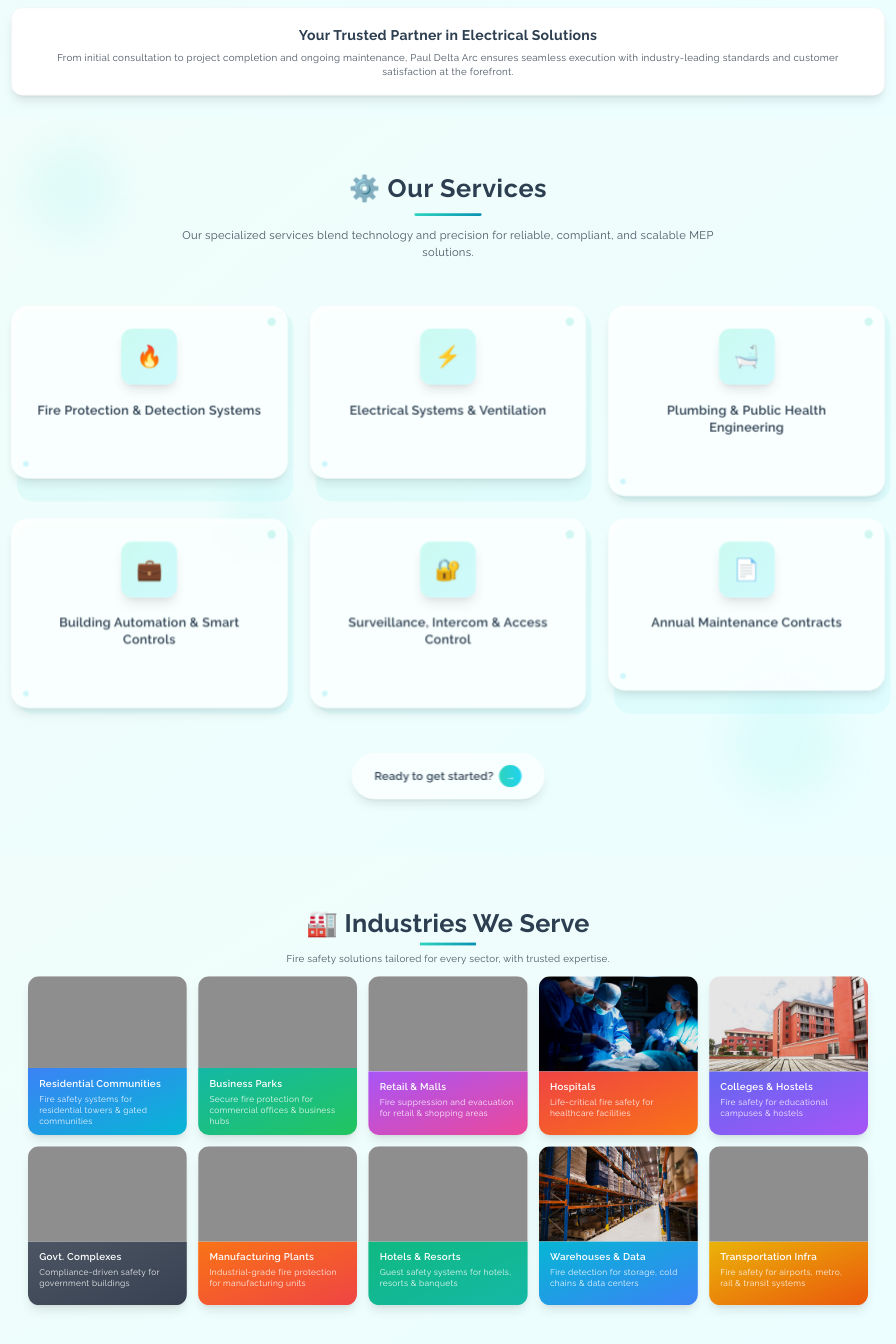
Repository: AnupriyaBiswas/PaulDeltaArc
Page: /
These files come from the project's save history. The page is drawn as it stood at one moment and after the next save; the edit follows.
The browser window is 1280 px wide. The pictures show the part of the page from y = 3451 to 5371 px (the page is 7019 px tall before and 6686 px after), at 70% of full size.
Pictures or frames that could not be fetched are drawn as grey boxes. The project was rebuilt for these pictures with package versions that can differ from the ones it lists, and the page was loaded fresh each time. The framework's server and built-in components were replaced by stand-ins that run in the browser. Also part of the build but not shown: next.config.js.

Above is the page before, as saved 2025-07-10 19:56:45.

### styles/globals.css
@tailwind base;
@tailwind components;
@tailwind utilities;


@import url('https://fonts.googleapis.com/css2?family=Raleway:wght@100;200;300;400;500;600;700;800;900&display=swap');

html {
  scroll-behavior: smooth;
  font-family: 'Raleway', sans-serif;
  overflow-x: hidden;
  max-width: 100vw;
}



@layer base {
  body {
    @apply bg-[#ecf0f3] text-[#1f2937] tracking-wide;
    overflow-x: hidden;
    max-width: 100vw;
  }

  }

  h1, h2, h3, h4, h5, h6 {
    @apply font-bold
  }

  h1 {
    @apply text-4xl sm:text-5xl md:text-6xl font-[Raleway]
  }

  h2 {
    @apply text-3xl sm:text-4xl
  }

  li {
    @apply cursor-pointer
  }

  button {
    @apply shadow-xl shadow-gray-400 rounded-xl uppercase bg-gradient-to-r from-[#5651e5] to-[#709dff] text-white
  }

### components/CoreValues.jsx
import React from 'react';

const CoreValues = () => {
  const coreValues = [
    {
      icon: "🏆",
      value: "Excellence",
      description: "Every installation, every circuit, every pipe—done right the first time."
    },
    {
      icon: "🤝",
      value: "Integrity",
      description: "Full transparency in designs, billing, and material sourcing."
    },
    {
      icon: "✅",
      value: "Accountability",
      description: "We own your outcome—from Day 1 through AMC completion."
    },
    {
      icon: "💡",
      value: "Innovation",
      description: "Smart buildings, efficient systems, energy-saving integrations."
    },
    {
      icon: "❤️",
      value: "Relationships",
      description: "Trusted partnerships built on consistency, delivery, and honesty."
    }
  ];

  return (
    <div id='core-values' className='w-full bg-gradient-to-br from-teal-50 to-cyan-50 py-8 min-h-screen flex items-center' style={{paddingTop: '80px'}}>
      <div className='max-w-[1400px] mx-auto px-6 w-full'>
        {/* Header Section */}
        <div className='text-center mb-8'>
          <h2 className='text-4xl font-bold text-[#2c3e50] mb-4'>
            💎 Core Values
          </h2>
          <div className='w-24 h-1 bg-gradient-to-r from-teal-400 to-cyan-600 mx-auto mb-4'></div>
          <p className='text-gray-600 text-base max-w-5xl mx-auto'>
            Our foundational principles that guide every project, partnership, and professional relationship we build.
          </p>
        </div>

        {/* Core Values Grid */}
        <div className='grid grid-cols-1 md:grid-cols-2 lg:grid-cols-3 gap-6'>
          {coreValues.map((item, index) => (
            <div
              key={index}
              className='group relative bg-white p-6 rounded-2xl shadow-lg hover:shadow-2xl transition-all duration-300 transform hover:-translate-y-2 border border-gray-100 min-h-[220px] flex flex-col justify-center'
            >
              {/* Background gradient on hover */}
              <div className='absolute inset-0 bg-gradient-to-br from-teal-400 to-cyan-600 rounded-2xl opacity-0 group-hover:opacity-100 transition-opacity duration-300'></div>

              {/* Content */}
              <div className='relative z-10 text-center'>
                <div className='text-5xl mb-4 group-hover:scale-110 transition-transform duration-300'>
                  {item.icon}
                </div>
                <h3 className='text-xl font-bold text-[#2c3e50] group-hover:text-white transition-colors duration-300 mb-3'>
                  {item.value}
                </h3>
                <p className='text-sm text-gray-600 group-hover:text-gray-100 transition-colors duration-300 leading-relaxed'>
                  {item.description}
                </p>
              </div>

              {/* Decorative elements */}
              <div className='absolute top-4 right-4 w-5 h-5 bg-teal-100 rounded-full opacity-50 group-hover:opacity-0 transition-opacity duration-300'></div>
              <div className='absolute bottom-4 left-4 w-3 h-3 bg-cyan-50 rounded-full opacity-30 group-hover:opacity-0 transition-opacity duration-300'></div>
            </div>
          ))}
        </div>
      </div>
    </div>
  );
};

export default CoreValues;

### components/Services.jsx
import React, { useState, useEffect } from 'react';

const Services = () => {
  const [hasMounted, setHasMounted] = useState(false);
  const [hoveredCard, setHoveredCard] = useState(null);

  useEffect(() => {
    setHasMounted(true);
  }, []);

  if (!hasMounted) return null;

  const features = [
    { icon: "🔥", title: "Fire Protection & Detection Systems", href: "/FireProtectionSystems" },
    { icon: "⚡", title: "Electrical Systems & Ventilation", href: "/ElectricalSystemsVentilation" },
    { icon: "🛁", title: "Plumbing & Public Health Engineering", href: "/PlumbingPublicHealth" },
    { icon: "💼", title: "Building Automation & Smart Controls", href: "/BuildingAutomation" },
    { icon: "🔐", title: "Surveillance, Intercom & Access Control", href: "/SurveillanceAccessControl" },
    { icon: "📄", title: "Annual Maintenance Contracts", href: "/AnnualMaintenanceContracts" }
  ];

  return (
    <div id='services' className='w-full bg-gradient-to-br from-teal-50 to-cyan-50 py-20 min-h-screen flex items-center relative overflow-hidden'>
      {/* Floating Background Elements */}
      <div className='absolute top-10 left-10 w-32 h-32 bg-gradient-to-br from-teal-200/20 to-cyan-200/20 rounded-full blur-xl'></div>
      <div className='absolute bottom-20 right-20 w-40 h-40 bg-gradient-to-br from-cyan-200/20 to-teal-200/20 rounded-full blur-xl'></div>
      <div className='absolute top-1/2 left-1/4 w-24 h-24 bg-gradient-to-br from-teal-300/10 to-cyan-300/10 rounded-full blur-lg'></div>

      <div className='max-w-7xl mx-auto px-4 relative z-10'>
        {/* Header */}
        <div className='text-center mb-16'>
          <h2 className='text-4xl font-bold text-[#2c3e50] mb-4 tracking-wide'>⚙️ Our Services</h2>
          <div className='w-24 h-1 bg-gradient-to-r from-teal-400 to-cyan-600 rounded-full mx-auto'></div>
          <p className='mt-4 text-gray-600 max-w-3xl mx-auto text-base'>
            Our specialized services blend technology and precision for reliable, compliant, and scalable MEP solutions.
          </p>
        </div>

        {/* Services Grid */}
        <div className='grid grid-cols-1 sm:grid-cols-2 lg:grid-cols-3 gap-8'>
          {features.map((feature, index) => (
            <div
              key={index}
              className='group relative cursor-pointer'
              onMouseEnter={() => setHoveredCard(index)}
              onMouseLeave={() => setHoveredCard(null)}
            >
              {/* Main Card */}
              <div className='relative p-8 bg-white/80 backdrop-blur-sm rounded-3xl shadow-lg hover:shadow-2xl transition-all duration-500 transform hover:-translate-y-2 border border-white/50'>

                {/* Animated Background Gradient */}
                <div className={`absolute inset-0 rounded-3xl bg-gradient-to-br from-teal-500/5 to-cyan-500/5 opacity-0 group-hover:opacity-100 transition-opacity duration-500`}></div>

                {/* Floating Icon Container */}
                <div className='relative z-10 flex items-center justify-center mb-6'>
                  <div className='relative'>
                    <div className='w-20 h-20 rounded-2xl bg-gradient-to-br from-teal-100 to-cyan-100 flex items-center justify-center text-3xl shadow-lg group-hover:shadow-xl transition-all duration-500 group-hover:scale-110'>
                      {feature.icon}
                    </div>
                    {/* Pulsing Ring */}
                    <div className={`absolute inset-0 rounded-2xl border-2 border-teal-300 opacity-0 group-hover:opacity-100 transition-all duration-500 ${hoveredCard === index ? 'animate-pulse' : ''}`}></div>
                  </div>
                </div>

                {/* Title */}
                <h3 className='relative z-10 text-lg font-semibold text-center text-[#2c3e50] group-hover:text-teal-600 transition-colors duration-300 leading-snug mb-4'>
                  {feature.title}
                </h3>

                {/* Explore Button */}
                <div className='relative z-10 flex justify-center'>
                  <div className='px-6 py-2 bg-gradient-to-r from-teal-500 to-cyan-500 text-white text-sm rounded-full opacity-0 group-hover:opacity-100 transform translate-y-2 group-hover:translate-y-0 transition-all duration-300 shadow-md hover:shadow-lg'>
                    Explore Service
                  </div>
                </div>

                {/* Decorative Elements */}
                <div className='absolute top-4 right-4 w-3 h-3 bg-teal-400 rounded-full opacity-20 group-hover:opacity-60 transition-opacity duration-300'></div>
                <div className='absolute bottom-4 left-4 w-2 h-2 bg-cyan-400 rounded-full opacity-20 group-hover:opacity-60 transition-opacity duration-300'></div>

                {/* Card Number */}
                <div className='absolute top-4 left-4 w-8 h-8 bg-gradient-to-br from-teal-500/10 to-cyan-500/10 rounded-full flex items-center justify-center text-sm font-bold text-teal-600 opacity-0 group-hover:opacity-100 transition-opacity duration-300'>
                  {index + 1}
                </div>

                {/* Shine Effect */}
                <div className='absolute inset-0 rounded-3xl bg-gradient-to-r from-transparent via-white/10 to-transparent opacity-0 group-hover:opacity-100 transition-opacity duration-500 transform -skew-x-12 translate-x-full group-hover:translate-x-[-100%] group-hover:duration-700'></div>
              </div>

              {/* Shadow Card */}
              <div className='absolute inset-0 bg-gradient-to-br from-teal-200/20 to-cyan-200/20 rounded-3xl transform translate-y-2 translate-x-2 -z-10 group-hover:translate-y-1 group-hover:translate-x-1 transition-transform duration-300'></div>
            </div>
          ))}
        </div>

        {/* Bottom CTA */}
        <div className='text-center mt-16'>
          <div className='inline-flex items-center gap-2 px-8 py-4 bg-white/60 backdrop-blur-sm rounded-full shadow-lg border border-white/30 hover:bg-white/80 transition-all duration-300 cursor-pointer group'>
            <span className='text-[#2c3e50] font-semibold'>Ready to get started?</span>
            <div className='w-8 h-8 bg-gradient-to-r from-teal-400 to-cyan-400 rounded-full flex items-center justify-center text-white text-sm transform group-hover:scale-110 transition-transform duration-300'>
              →
            </div>
          </div>
        </div>
      </div>
    </div>
  );
};

export default Services;

### components/Footer.jsx
import React from 'react';

const Footer = () => {
  return (
    <footer className="w-full bg-gradient-to-br from-slate-900 via-slate-800 to-slate-900 text-white relative overflow-hidden">
      {/* Background Pattern */}
      <div className="absolute inset-0 bg-gradient-to-br from-teal-900/20 to-cyan-900/20"></div>
      <div className="absolute inset-0 bg-[radial-gradient(circle_at_50%_50%,rgba(14,165,233,0.1),transparent_70%)]"></div>

      <div className="relative z-10 max-w-7xl mx-auto px-4 sm:px-6 lg:px-8 py-12">
        <div className="text-center">

          {/* Copyright and Credits */}
          <div className="space-y-4 mb-8">
            <p className="text-gray-400 font-semibold text-sm">
              Copyright © 2025 Paul Delta Arc
            </p>
            <p className="text-gray-400 text-sm">
              Website Designed, Hosted, and Maintained by:
              <span className="font-medium text-teal-400 hover:text-teal-300 transition-colors duration-300">
                {' '}
                <a
                  href="https://www.linkedin.com/in/anupriya-biswas/"
                  target="_blank"
                  rel="noopener noreferrer"
                  className="underline"
                >
                  Anupriya Biswas
                </a>{' '}
                &amp;{' '}
                <a
                  href="https://sumanprasad.in"
                  target="_blank"
                  rel="noopener noreferrer"
                  className="underline"
                >
                  Suman Prasad
                </a>
              </span>
            </p>
          </div>

          {/* Decorative line */}
          <div className="w-24 h-0.5 bg-gradient-to-r from-teal-400 to-cyan-400 rounded-full mx-auto"></div>
        </div>
      </div>
    </footer>
  );
};

export default Footer;

### components/ClientOnly.jsx
// /components/ClientOnly.jsx
import { useEffect, useState } from 'react';

const ClientOnly = ({ children }) => {
  const [hasMounted, setHasMounted] = useState(false);

  useEffect(() => {
    setHasMounted(true);
  }, []);

  if (!hasMounted) return null;

  return children;
};

export default ClientOnly;

Loaded but not shown: pages/_app.js (common file); pages/_document.js (common file); tailwind.config.js (common file); pages/index.js (49 lines, source omitted); components/Navbar.jsx (227 lines, source omitted); components/Main.jsx (268 lines, source omitted); components/Contact.jsx (156 lines, source omitted); components/About.jsx (148 lines, source omitted); components/VisionMission.jsx (105 lines, source omitted); components/IndustriesWeServe.jsx (130 lines, source omitted); components/OurApproach.jsx (145 lines, source omitted); components/WhyPaulDeltaArc.jsx (73 lines, source omitted)

After the next save:
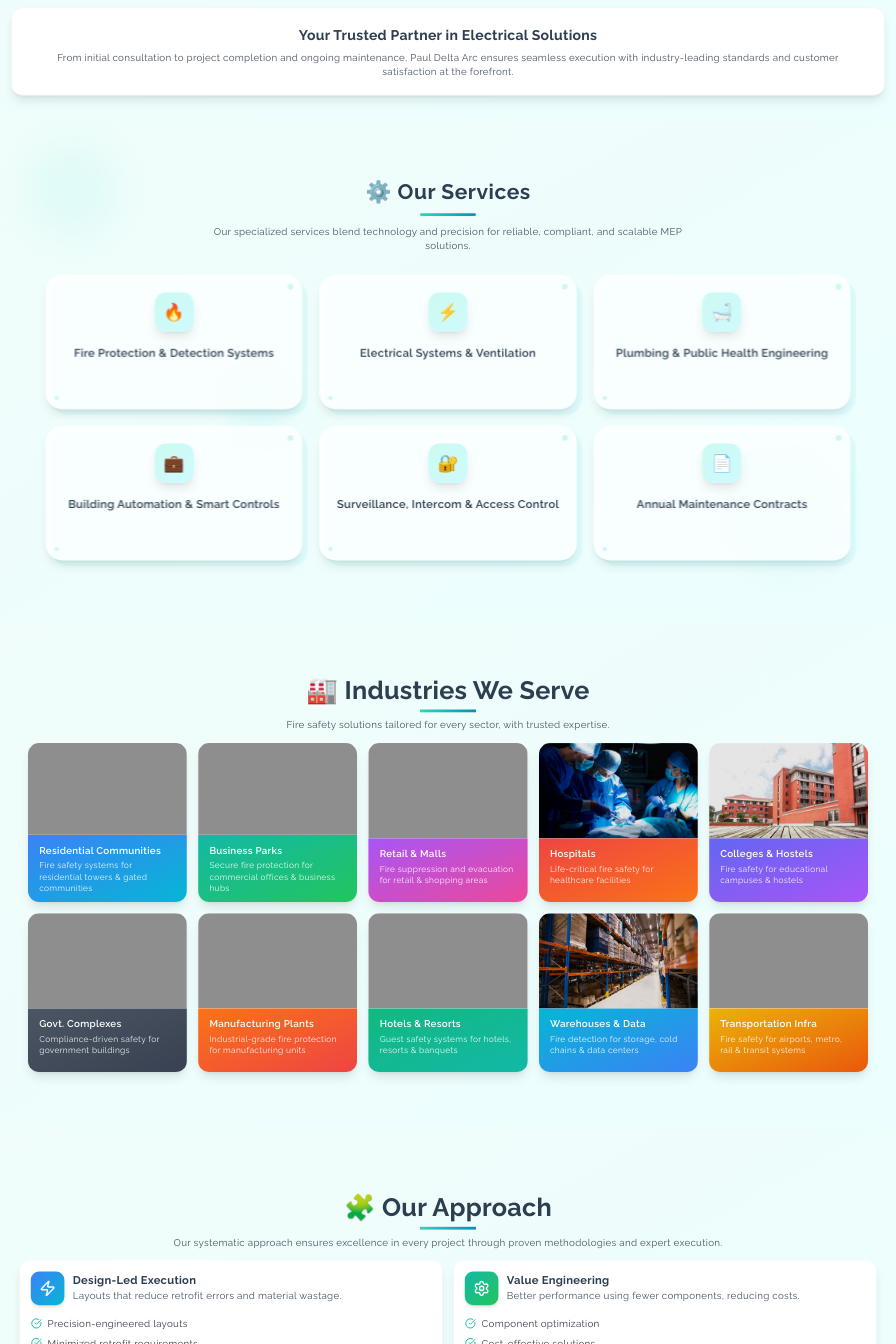
Saved 7 min 25 s later.
--- a/components/Services.jsx
+++ b/components/Services.jsx
@@ -20,7 +20,7 @@ const Services = () => {
   ];
 
   return (
-    <div id='services' className='w-full bg-gradient-to-br from-teal-50 to-cyan-50 py-20 min-h-screen flex items-center relative overflow-hidden'>
+    <div id='services' className='w-full bg-gradient-to-br from-teal-50 to-cyan-50 py-12 h-screen flex items-center relative overflow-hidden'>
       {/* Floating Background Elements */}
       <div className='absolute top-10 left-10 w-32 h-32 bg-gradient-to-br from-teal-200/20 to-cyan-200/20 rounded-full blur-xl'></div>
       <div className='absolute bottom-20 right-20 w-40 h-40 bg-gradient-to-br from-cyan-200/20 to-teal-200/20 rounded-full blur-xl'></div>
@@ -28,33 +28,33 @@ const Services = () => {
 
       <div className='max-w-7xl mx-auto px-4 relative z-10'>
         {/* Header */}
-        <div className='text-center mb-16'>
-          <h2 className='text-4xl font-bold text-[#2c3e50] mb-4 tracking-wide'>⚙️ Our Services</h2>
-          <div className='w-24 h-1 bg-gradient-to-r from-teal-400 to-cyan-600 rounded-full mx-auto'></div>
-          <p className='mt-4 text-gray-600 max-w-3xl mx-auto text-base'>
+        <div className='text-center mb-8'>
+          <h2 className='text-3xl font-bold text-[#2c3e50] mb-3 tracking-wide'>⚙️ Our Services</h2>
+          <div className='w-20 h-1 bg-gradient-to-r from-teal-400 to-cyan-600 rounded-full mx-auto'></div>
+          <p className='mt-3 text-gray-600 max-w-2xl mx-auto text-sm'>
             Our specialized services blend technology and precision for reliable, compliant, and scalable MEP solutions.
           </p>
         </div>
 
         {/* Services Grid */}
-        <div className='grid grid-cols-1 sm:grid-cols-2 lg:grid-cols-3 gap-8'>
+        <div className='grid grid-cols-1 sm:grid-cols-2 lg:grid-cols-3 gap-6'>
           {features.map((feature, index) => (
             <div
               key={index}
-              className='group relative cursor-pointer'
+              className='group relative cursor-pointer h-48'
               onMouseEnter={() => setHoveredCard(index)}
               onMouseLeave={() => setHoveredCard(null)}
             >
               {/* Main Card */}
-              <div className='relative p-8 bg-white/80 backdrop-blur-sm rounded-3xl shadow-lg hover:shadow-2xl transition-all duration-500 transform hover:-translate-y-2 border border-white/50'>
+              <div className='relative p-6 bg-white/80 backdrop-blur-sm rounded-3xl shadow-lg hover:shadow-2xl transition-all duration-500 transform hover:-translate-y-2 border border-white/50 h-full flex flex-col'>
 
                 {/* Animated Background Gradient */}
                 <div className={`absolute inset-0 rounded-3xl bg-gradient-to-br from-teal-500/5 to-cyan-500/5 opacity-0 group-hover:opacity-100 transition-opacity duration-500`}></div>
 
                 {/* Floating Icon Container */}
-                <div className='relative z-10 flex items-center justify-center mb-6'>
+                <div className='relative z-10 flex items-center justify-center mb-4'>
                   <div className='relative'>
-                    <div className='w-20 h-20 rounded-2xl bg-gradient-to-br from-teal-100 to-cyan-100 flex items-center justify-center text-3xl shadow-lg group-hover:shadow-xl transition-all duration-500 group-hover:scale-110'>
+                    <div className='w-14 h-14 rounded-2xl bg-gradient-to-br from-teal-100 to-cyan-100 flex items-center justify-center text-2xl shadow-lg group-hover:shadow-xl transition-all duration-500 group-hover:scale-110'>
                       {feature.icon}
                     </div>
                     {/* Pulsing Ring */}
@@ -63,23 +63,25 @@ const Services = () => {
                 </div>
 
                 {/* Title */}
-                <h3 className='relative z-10 text-lg font-semibold text-center text-[#2c3e50] group-hover:text-teal-600 transition-colors duration-300 leading-snug mb-4'>
-                  {feature.title}
-                </h3>
+                <div className='flex-1 flex items-center justify-center'>
+                  <h3 className='relative z-10 text-base font-semibold text-center text-[#2c3e50] group-hover:text-teal-600 transition-colors duration-300 leading-snug'>
+                    {feature.title}
+                  </h3>
+                </div>
 
                 {/* Explore Button */}
-                <div className='relative z-10 flex justify-center'>
-                  <div className='px-6 py-2 bg-gradient-to-r from-teal-500 to-cyan-500 text-white text-sm rounded-full opacity-0 group-hover:opacity-100 transform translate-y-2 group-hover:translate-y-0 transition-all duration-300 shadow-md hover:shadow-lg'>
+                <div className='relative z-10 flex justify-center mt-3'>
+                  <div className='px-4 py-1.5 bg-gradient-to-r from-teal-500 to-cyan-500 text-white text-xs rounded-full opacity-0 group-hover:opacity-100 transform translate-y-2 group-hover:translate-y-0 transition-all duration-300 shadow-md hover:shadow-lg'>
                     Explore Service
                   </div>
                 </div>
 
                 {/* Decorative Elements */}
-                <div className='absolute top-4 right-4 w-3 h-3 bg-teal-400 rounded-full opacity-20 group-hover:opacity-60 transition-opacity duration-300'></div>
-                <div className='absolute bottom-4 left-4 w-2 h-2 bg-cyan-400 rounded-full opacity-20 group-hover:opacity-60 transition-opacity duration-300'></div>
+                <div className='absolute top-3 right-3 w-2 h-2 bg-teal-400 rounded-full opacity-20 group-hover:opacity-60 transition-opacity duration-300'></div>
+                <div className='absolute bottom-3 left-3 w-1.5 h-1.5 bg-cyan-400 rounded-full opacity-20 group-hover:opacity-60 transition-opacity duration-300'></div>
 
                 {/* Card Number */}
-                <div className='absolute top-4 left-4 w-8 h-8 bg-gradient-to-br from-teal-500/10 to-cyan-500/10 rounded-full flex items-center justify-center text-sm font-bold text-teal-600 opacity-0 group-hover:opacity-100 transition-opacity duration-300'>
+                <div className='absolute top-3 left-3 w-6 h-6 bg-gradient-to-br from-teal-500/10 to-cyan-500/10 rounded-full flex items-center justify-center text-xs font-bold text-teal-600 opacity-0 group-hover:opacity-100 transition-opacity duration-300'>
                   {index + 1}
                 </div>
 
@@ -92,16 +94,6 @@ const Services = () => {
             </div>
           ))}
         </div>
-
-        {/* Bottom CTA */}
-        <div className='text-center mt-16'>
-          <div className='inline-flex items-center gap-2 px-8 py-4 bg-white/60 backdrop-blur-sm rounded-full shadow-lg border border-white/30 hover:bg-white/80 transition-all duration-300 cursor-pointer group'>
-            <span className='text-[#2c3e50] font-semibold'>Ready to get started?</span>
-            <div className='w-8 h-8 bg-gradient-to-r from-teal-400 to-cyan-400 rounded-full flex items-center justify-center text-white text-sm transform group-hover:scale-110 transition-transform duration-300'>
-              →
-            </div>
-          </div>
-        </div>
       </div>
     </div>
   );
